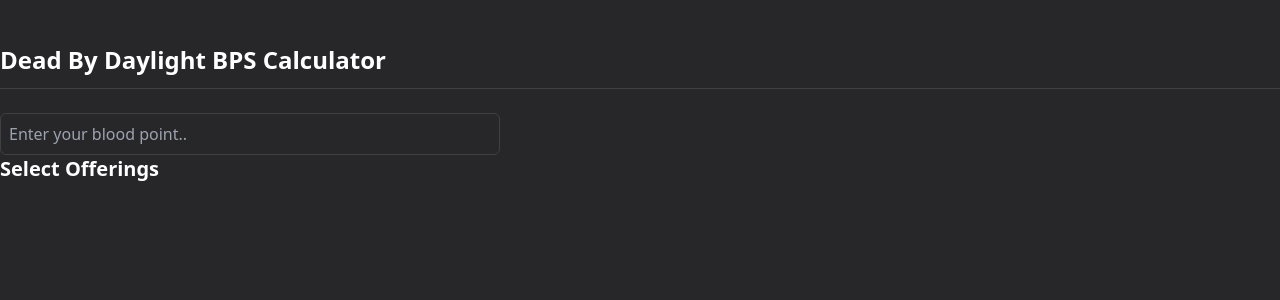
Repository: serhatgundogdu/Survivor-Bloodpoint-Calculator
Page: /
These files come from the project's save history. The page is drawn as it stood at one moment and after a run of saves; the edit follows.
The browser window is 1280 px wide. The pictures show the whole page.
The project was rebuilt for these pictures with package versions that can differ from the ones it lists, and the page was loaded fresh each time. Also part of the build but not shown: vite.config.js.

Above is the page before, as saved 2023-06-13 14:49:51.

### src/App.jsx
function App() {
  return (
    <div className="container mx-auto mt-8">
      <header className="w-full border-b border-zinc-700 py-3 mb-6">
        <h1 className="text-2xl font-bold">Dead By Daylight BPS Calculator</h1>
      </header>

      <section className="max-w-[500px]">
        <input
          type="number"
          placeholder="Enter your blood point.."
          className="bg-transparent border border-zinc-700 rounded-md py-2 px-2 outline-none w-full "
        />
      </section>

      <section>
        <h2 className="text-xl font-bold">Select Offerings</h2>
      </section>
    </div>
  );
}

export default App;

### src/index.css
@tailwind base;
@tailwind components;
@tailwind utilities;

@layer components {
  body {
    @apply bg-zinc-800 text-white;
  }
}

Loaded but not shown: index.html (common file); src/main.jsx (common file); tailwind.config.js (common file)

After the next 2 saves:
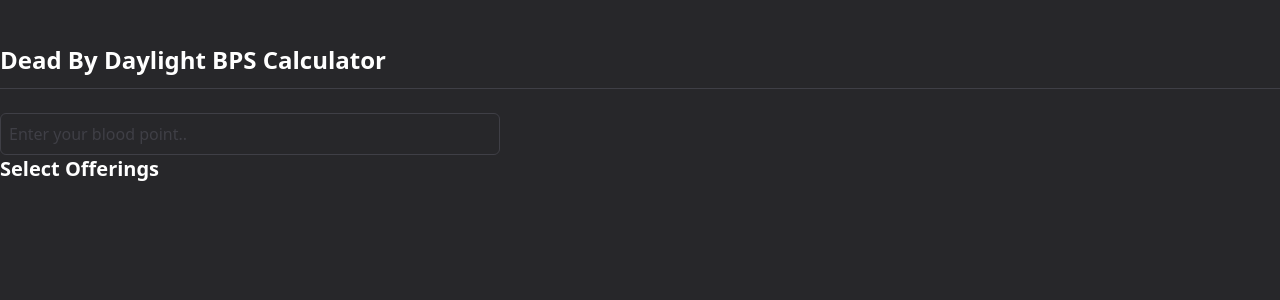
The 2 saves are shown as one change because they came seconds apart.
The last was saved 21 s later.
--- a/src/App.jsx
+++ b/src/App.jsx
@@ -9,7 +9,7 @@
         <input
           type="number"
           placeholder="Enter your blood point.."
-          className="bg-transparent border border-zinc-700 rounded-md py-2 px-2 outline-none w-full "
+          className="bg-transparent border border-zinc-700 rounded-md py-2 px-2 outline-none w-full text-white placeholder:text-zinc-700  "
         />
       </section>
 

After the save that followed:
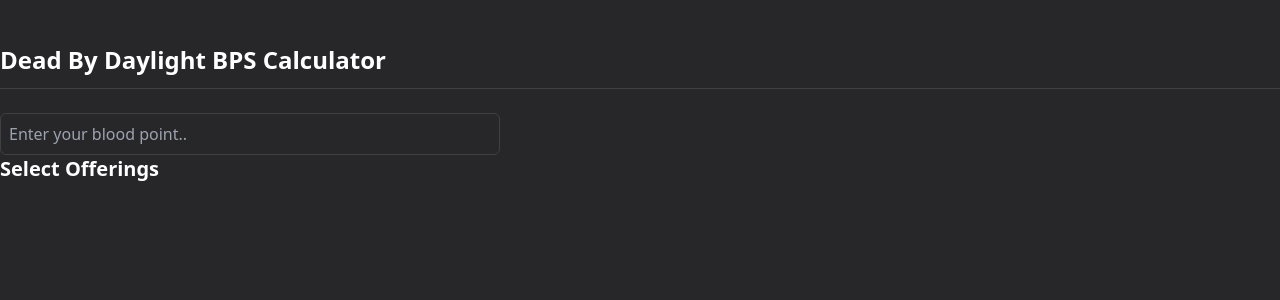
Saved 5 s later.
--- a/src/App.jsx
+++ b/src/App.jsx
@@ -9,7 +9,7 @@
         <input
           type="number"
           placeholder="Enter your blood point.."
-          className="bg-transparent border border-zinc-700 rounded-md py-2 px-2 outline-none w-full text-white placeholder:text-zinc-700  "
+          className="bg-transparent border border-zinc-700 rounded-md py-2 px-2 outline-none w-full text-white placeholder:text-gray-400 "
         />
       </section>
 
